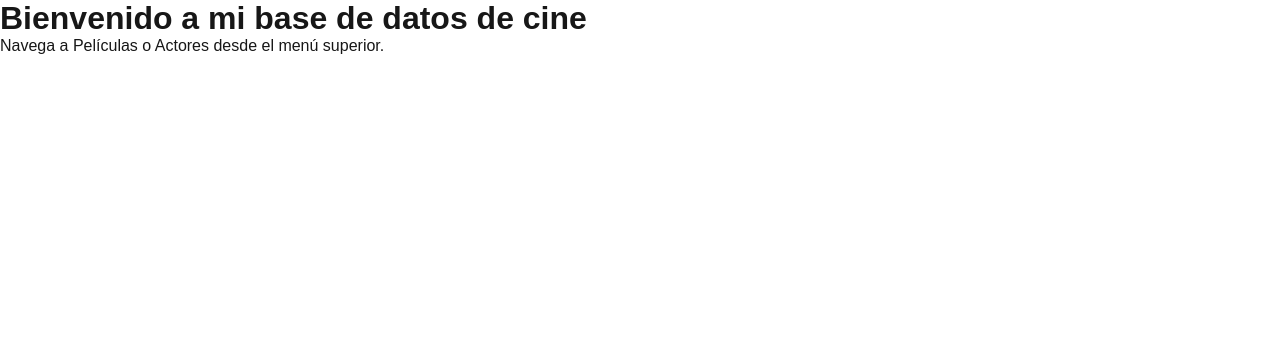
Repository: osoriomrs/ICS_IA
Page: / (app in ejer_11.1/)
The author's editor kept a copy of each file at every save. The page is drawn from the files as they stood at one save, then again after the next save.
The browser window is 1280 px wide. The pictures show the whole page.
The project was rebuilt for these pictures with package versions that can differ from the ones it lists, and the page was loaded fresh each time. The framework's server and built-in components were replaced by stand-ins that run in the browser. Also part of the build but not shown: ejer_11.1/next.config.mjs.

Above is the page before, as saved 2026-02-04 11:35:11.

After the next save:
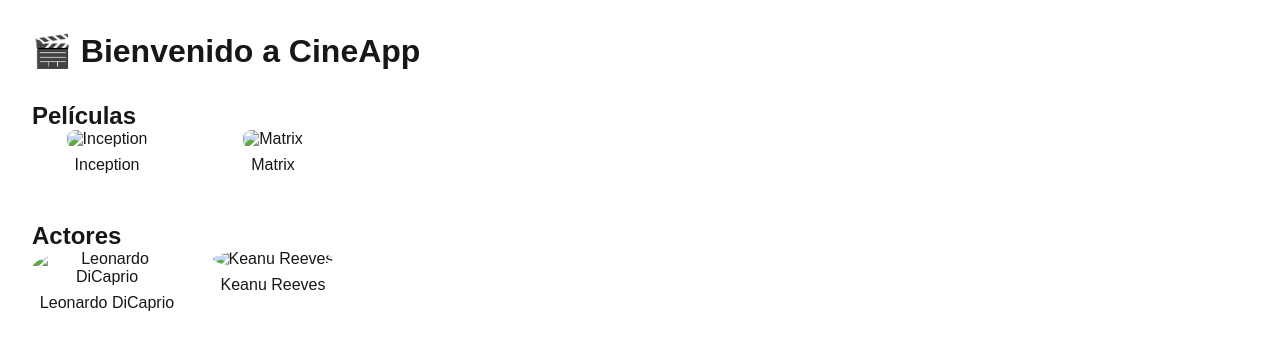
Saved 3 min 38 s later.
--- a/ejer_11.1/app/page.js
+++ b/ejer_11.1/app/page.js
@@ -1,8 +1,47 @@
-export default function Home() {
+// app/page.js
+import Link from 'next/link';
+import { MOVIES, ACTORS } from '../lib/cinema';
+
+export default function HomePage() {
   return (
-    <main>
-      <h1>Bienvenido a mi base de datos de cine</h1>
-      <p>Navega a Películas o Actores desde el menú superior.</p>
+    <main style={{ padding: '2rem', fontFamily: 'sans-serif' }}>
+      <h1>🎬 Bienvenido a CineApp</h1>
+
+      <section style={{ marginTop: '2rem' }}>
+        <h2>Películas</h2>
+        <ul style={{ display: 'flex', flexWrap: 'wrap', gap: '1rem', listStyle: 'none', padding: 0 }}>
+          {MOVIES.map((movie) => (
+            <li key={movie.id} style={{ width: '150px', textAlign: 'center' }}>
+              <Link href={`/movies/${movie.id}`} style={{ textDecoration: 'none', color: 'inherit' }}>
+                <img
+                  src={movie.poster}
+                  alt={movie.title}
+                  style={{ width: '100%', borderRadius: '8px' }}
+                />
+                <p style={{ marginTop: '0.5rem' }}>{movie.title}</p>
+              </Link>
+            </li>
+          ))}
+        </ul>
+      </section>
+
+      <section style={{ marginTop: '3rem' }}>
+        <h2>Actores</h2>
+        <ul style={{ display: 'flex', flexWrap: 'wrap', gap: '1rem', listStyle: 'none', padding: 0 }}>
+          {ACTORS.map((actor) => (
+            <li key={actor.id} style={{ width: '150px', textAlign: 'center' }}>
+              <Link href={`/actors/${actor.id}`} style={{ textDecoration: 'none', color: 'inherit' }}>
+                <img
+                  src={actor.photo}
+                  alt={actor.name}
+                  style={{ width: '100%', borderRadius: '50%' }}
+                />
+                <p style={{ marginTop: '0.5rem' }}>{actor.name}</p>
+              </Link>
+            </li>
+          ))}
+        </ul>
+      </section>
     </main>
-  )
+  );
 }
